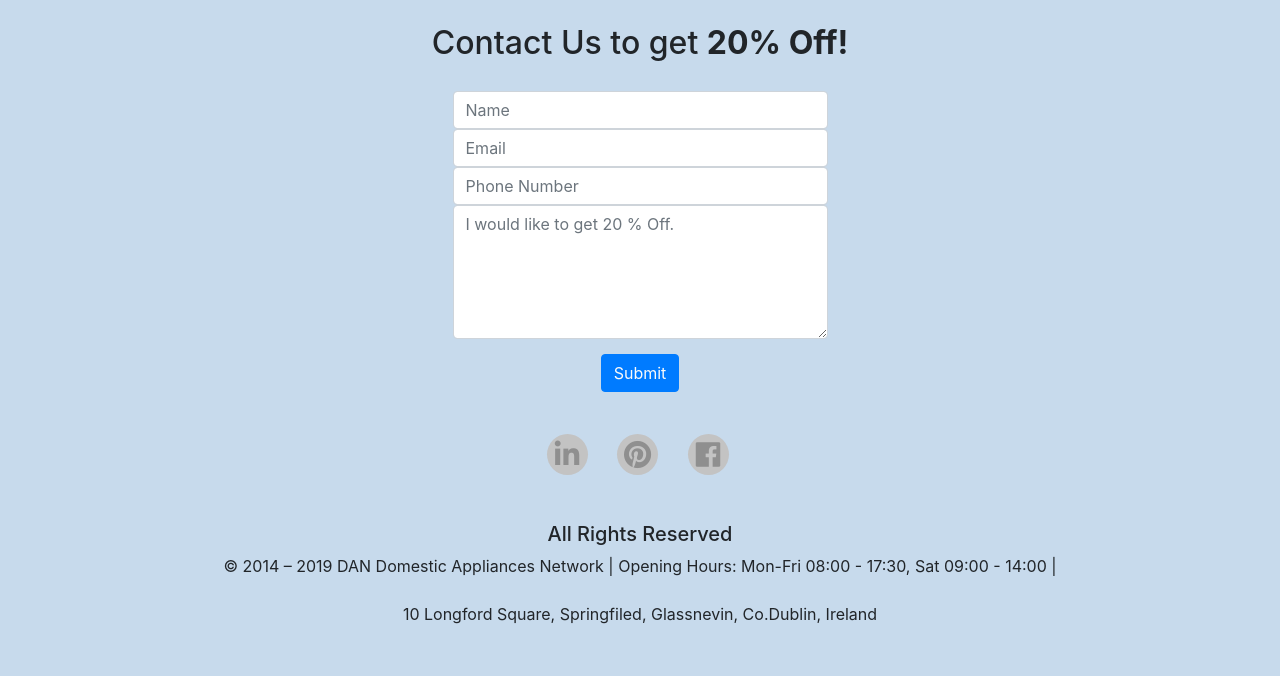
Repository: martynapacula/project-one
Page: index.html
The author's editor kept a record of every edit. The page is drawn from the files as they stood at one moment, then again after the next edit.
The browser window is 1280 px wide. The pictures show the part of the page from y = 4134 to 4810 px (the page is 4810 px tall).
A picture or video elsewhere on the page could not be fetched, so the positions and the page height are approximate.

Above is the page before.

After the next edit:
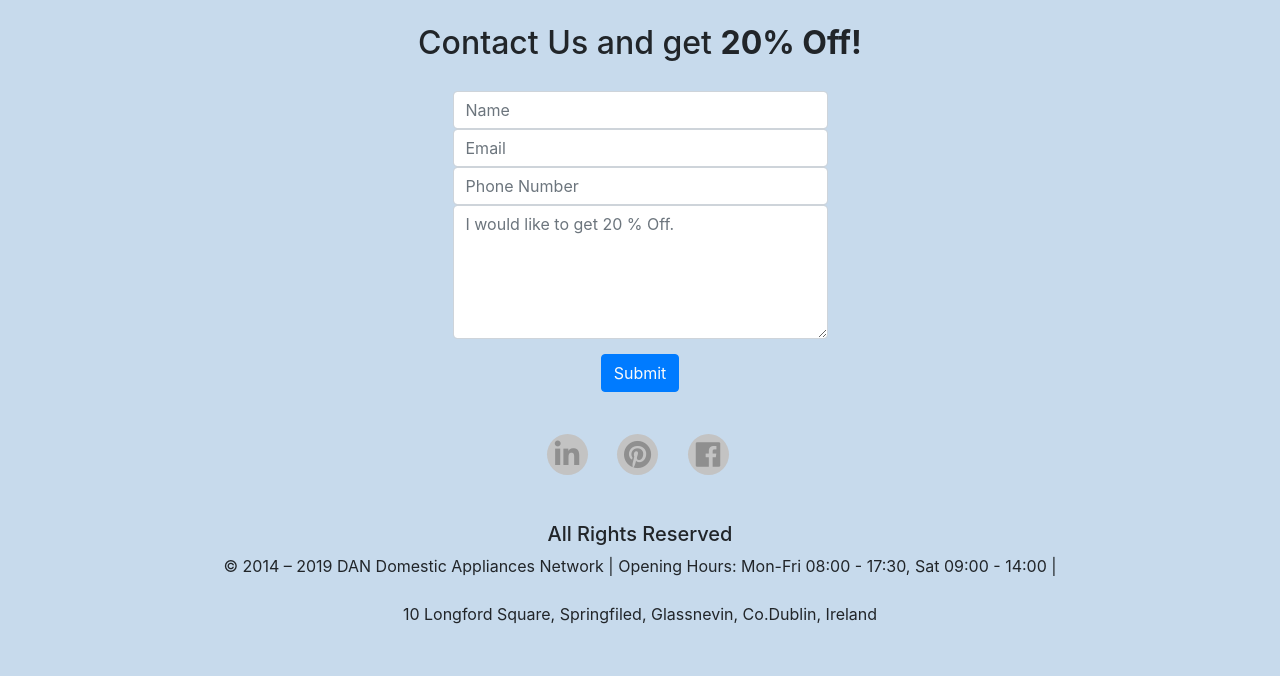
The edit:
--- a/index.html
+++ b/index.html
@@ -197,7 +197,7 @@
 
       <div class='heading'>
         <h2>
-         Contact Us to get <strong> 20% Off!</strong>
+         Contact Us and get <strong> 20% Off!</strong>
         </h2>
       </div>
                     <center><form>
